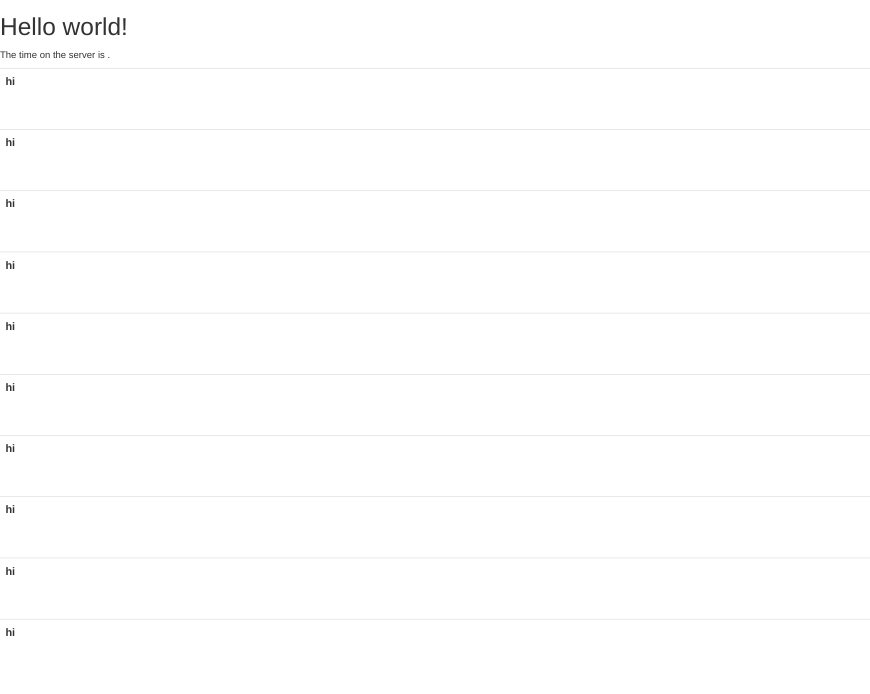
Repository: letzbegin/Study
Page: http://localhost/portfolio/WEB-INF/views/home.jsp
The author's editor kept a copy of each file at every save. The page is drawn from the files as they stood at one save, then again after the next save.
The browser window is 1280 px wide. The pictures show the whole page, at 68% of full size.
The page is served by Tomcat 9. Nobody is signed in. The template is opened directly, without the code that normally fills it, so the values that code supplies are empty.

Above is the page before, as saved 2018-10-12 03:13:58.

After the next save:
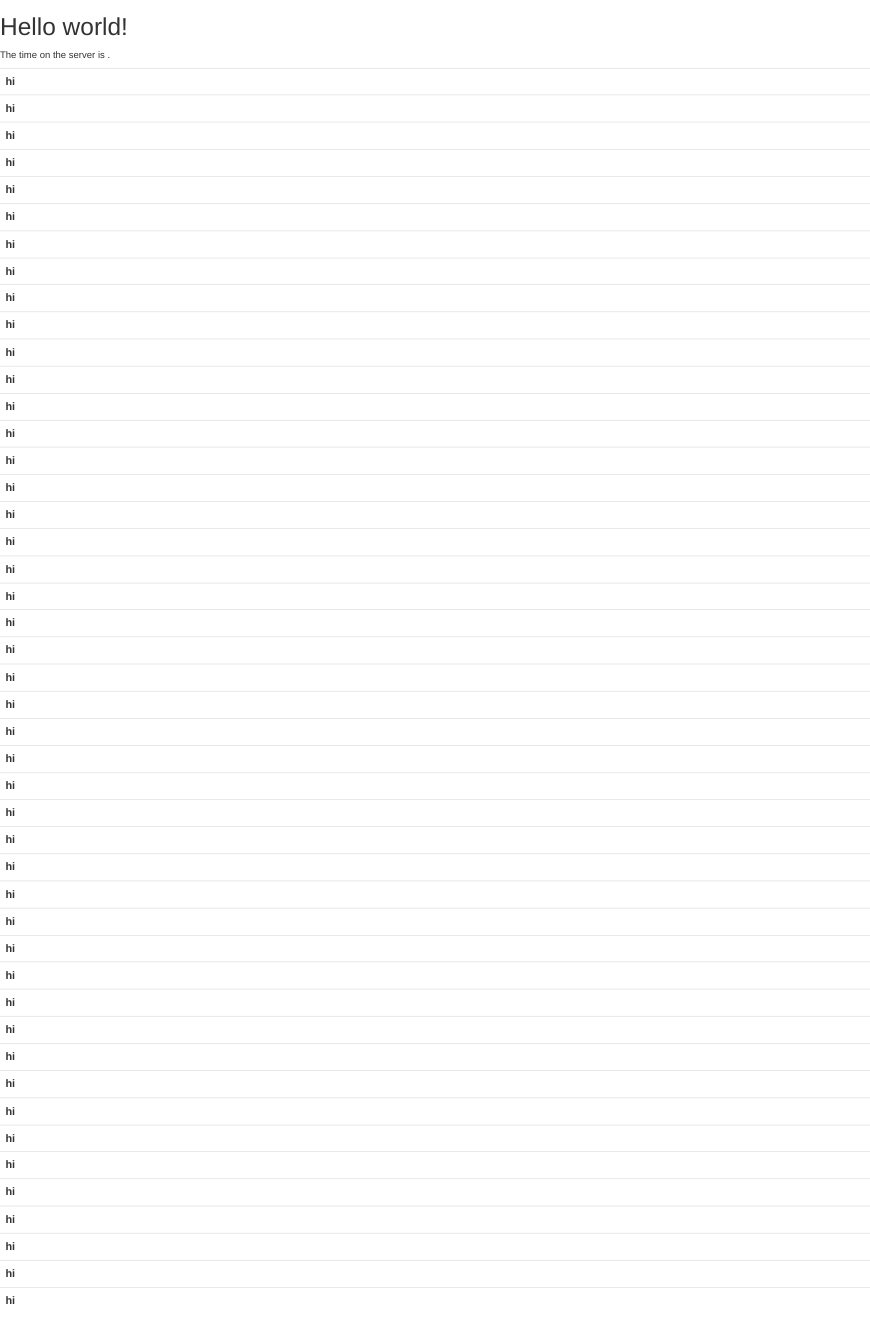
Saved 17 s later.
--- a/pol/portfolio/src/main/webapp/WEB-INF/views/home.jsp
+++ b/pol/portfolio/src/main/webapp/WEB-INF/views/home.jsp
@@ -38,6 +38,156 @@
 <th>hi</th>
 
 </tr>
+
+<tr>
+<th>hi</th>
+
+</tr>
+<tr>
+<th>hi</th>
+
+</tr>
+<tr>
+<th>hi</th>
+
+</tr>
+<tr>
+<th>hi</th>
+
+</tr>
+<tr>
+<th>hi</th>
+
+</tr>
+<tr>
+<th>hi</th>
+
+</tr>
+
+<tr>
+<th>hi</th>
+
+</tr>
+<tr>
+<th>hi</th>
+
+</tr>
+<tr>
+<th>hi</th>
+
+</tr>
+<tr>
+<th>hi</th>
+
+</tr>
+<tr>
+<th>hi</th>
+
+</tr>
+<tr>
+<th>hi</th>
+
+</tr>
+
+<tr>
+<th>hi</th>
+
+</tr>
+<tr>
+<th>hi</th>
+
+</tr>
+<tr>
+<th>hi</th>
+
+</tr>
+<tr>
+<th>hi</th>
+
+</tr>
+<tr>
+<th>hi</th>
+
+</tr>
+<tr>
+<th>hi</th>
+
+</tr>
+
+<tr>
+<th>hi</th>
+
+</tr>
+<tr>
+<th>hi</th>
+
+</tr>
+<tr>
+<th>hi</th>
+
+</tr>
+<tr>
+<th>hi</th>
+
+</tr>
+<tr>
+<th>hi</th>
+
+</tr>
+<tr>
+<th>hi</th>
+
+</tr>
+
+<tr>
+<th>hi</th>
+
+</tr>
+<tr>
+<th>hi</th>
+
+</tr>
+<tr>
+<th>hi</th>
+
+</tr>
+<tr>
+<th>hi</th>
+
+</tr>
+<tr>
+<th>hi</th>
+
+</tr>
+<tr>
+<th>hi</th>
+
+</tr>
+
+<tr>
+<th>hi</th>
+
+</tr>
+<tr>
+<th>hi</th>
+
+</tr>
+<tr>
+<th>hi</th>
+
+</tr>
+<tr>
+<th>hi</th>
+
+</tr>
+<tr>
+<th>hi</th>
+
+</tr>
+<tr>
+<th>hi</th>
+
+</tr>
 <tr>
 <th>hi</th>
 
